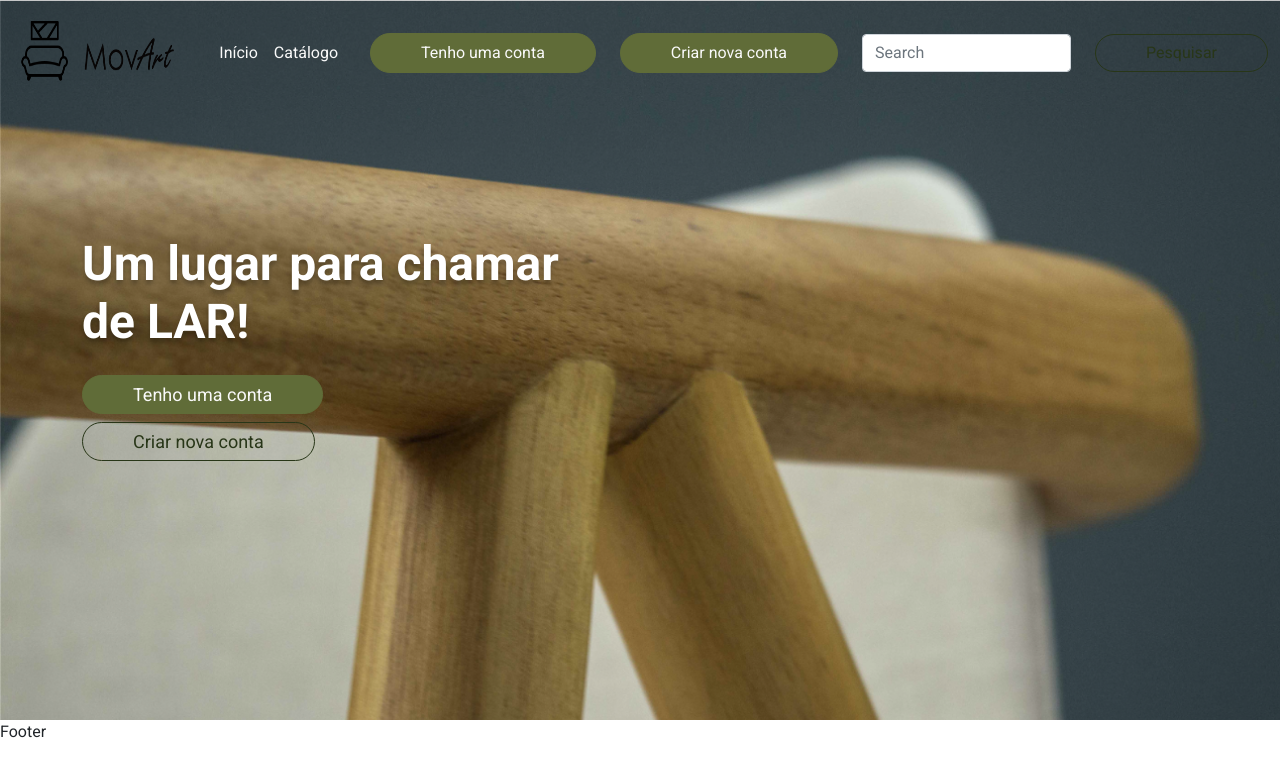
Repository: telesbp/Projeto-4-e-Projeto-5
Page: / (app in front-end/)
An editor plug-in stored every save of this project. The page is shown before and after the next save, followed by the edit.
The browser window is 1280 px wide. The pictures show the whole page.
The project was rebuilt for these pictures with package versions that can differ from the ones it lists, and the page was loaded fresh each time.

Above is the page before, as saved 2022-07-17 18:22:01.

After the next save:
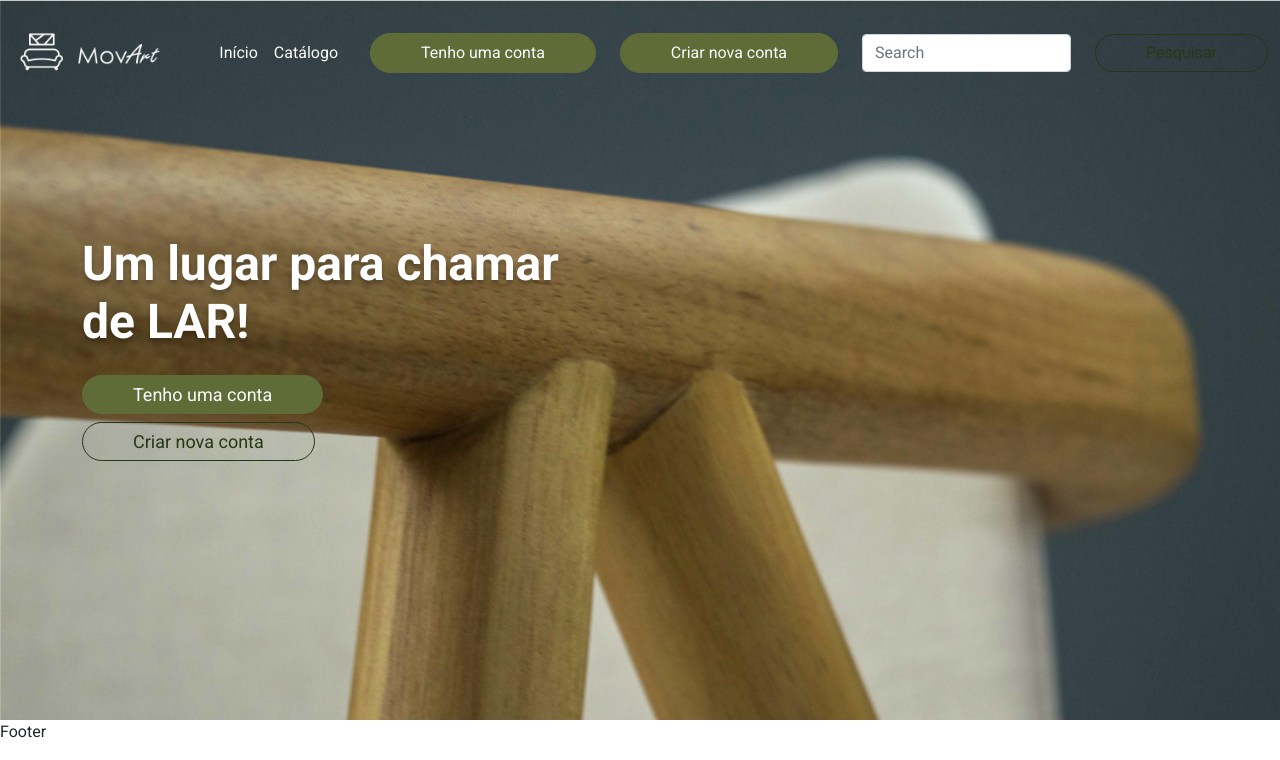
Saved 10 s later.
--- a/front-end/src/components/Layout/Header.tsx
+++ b/front-end/src/components/Layout/Header.tsx
@@ -14,7 +14,7 @@ export function Header() {
         <Navbar fixed="top" expand="lg" bg={isTransparent ? undefined : "white"} >
         <Container fluid>
           <Navbar.Brand to="/" as={Link}>
-            <img src={isTransparent ? LogoBrandBlack : LogoBrand} alt="MovArt" width={170} height={80}/>
+            <img src={isTransparent ? LogoBrand : LogoBrandBlack} alt="MovArt" width={170} height={80}/>
           </Navbar.Brand>
           <NavBarToggleStyled aria-controls="basic-navbar-nav">
             <FontAwesomeIcon icon={faBarsStaggered}  className="text-white" size="lg" />
